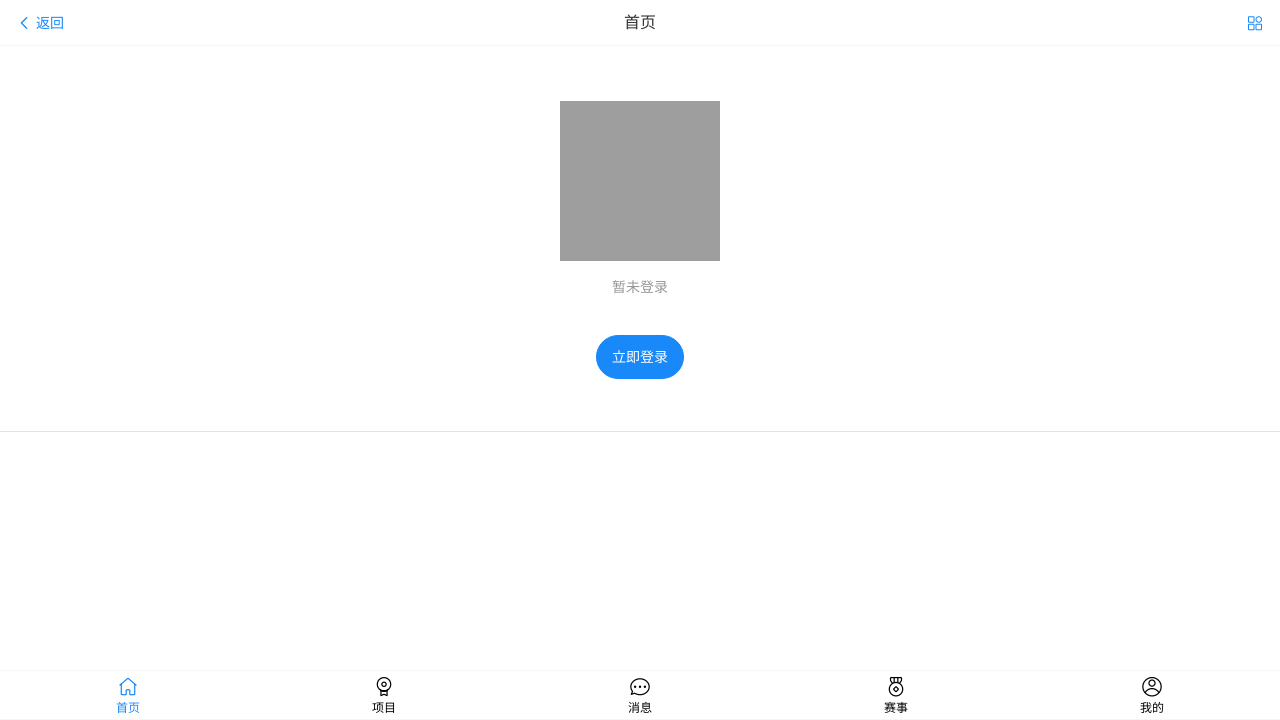
Repository: fisher002/sports
Page: /#/listmine
An editor plug-in stored every save of this project. The page is shown before and after the next save, followed by the edit.
The browser window is 1280 px wide. The pictures show the whole page.
Pictures or frames that could not be fetched are drawn as grey boxes. The project was rebuilt for these pictures with package versions that can differ from the ones it lists, and the page was loaded fresh each time. Also part of the build but not shown: src/views/mobile-index/index.vue, src/views/mobile-index/userRegister.vue, src/views/mobile-index/adminRegister.vue, src/views/mobile-index/login.vue, src/views/mobile-mine/detailmine.vue.

Above is the page before, as saved 2020-04-22 16:43:13.

After the next save:
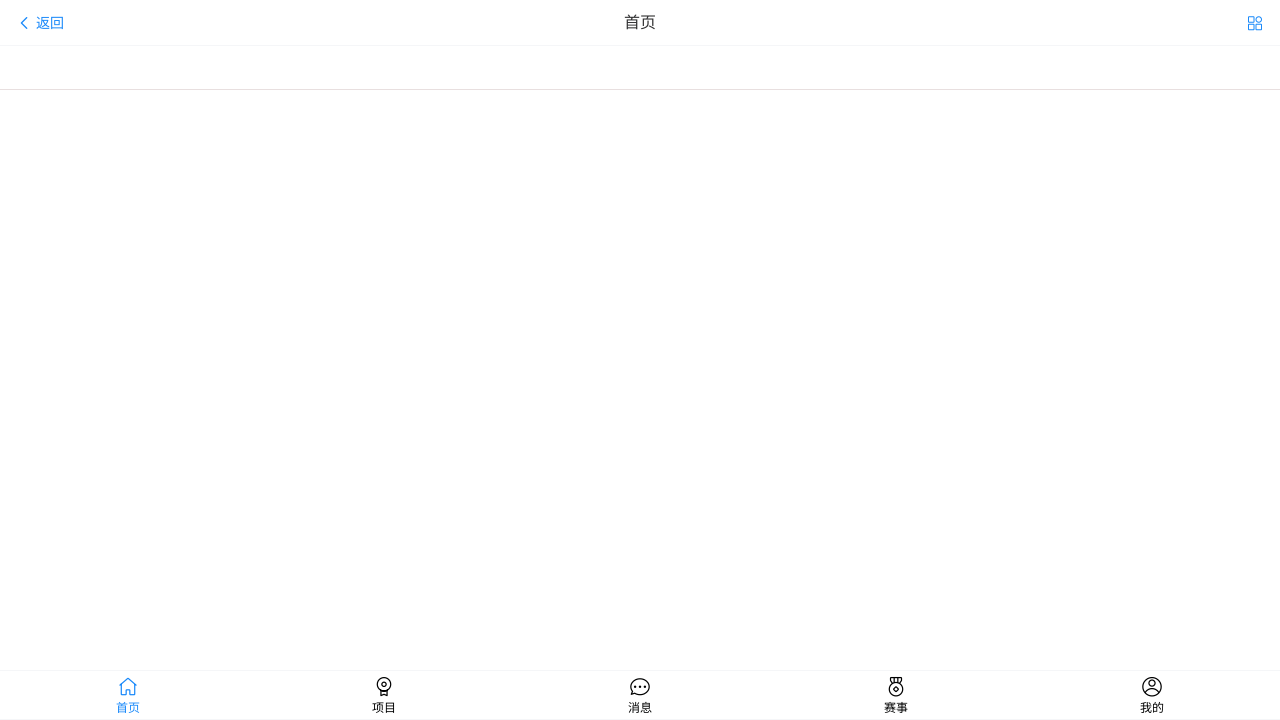
Saved 104 s later.
--- a/src/views/mobile-mine/listmine.vue
+++ b/src/views/mobile-mine/listmine.vue
@@ -45,9 +45,9 @@
         </div>
       </div>
       <div v-if="isLogin == false">
-        <van-empty image="error" description="暂未登录">
+        <!-- <van-empty image="error" description="暂未登录">
           <van-button round block type="info" native-type="button" @click="toLogin">立即登录</van-button>
-        </van-empty>
+        </van-empty> -->
       </div>
     </div>
     <van-divider :style="{ color: '#d0bebe', borderColor: '#d0bebe', margin: '0' }" />

After the save that followed:
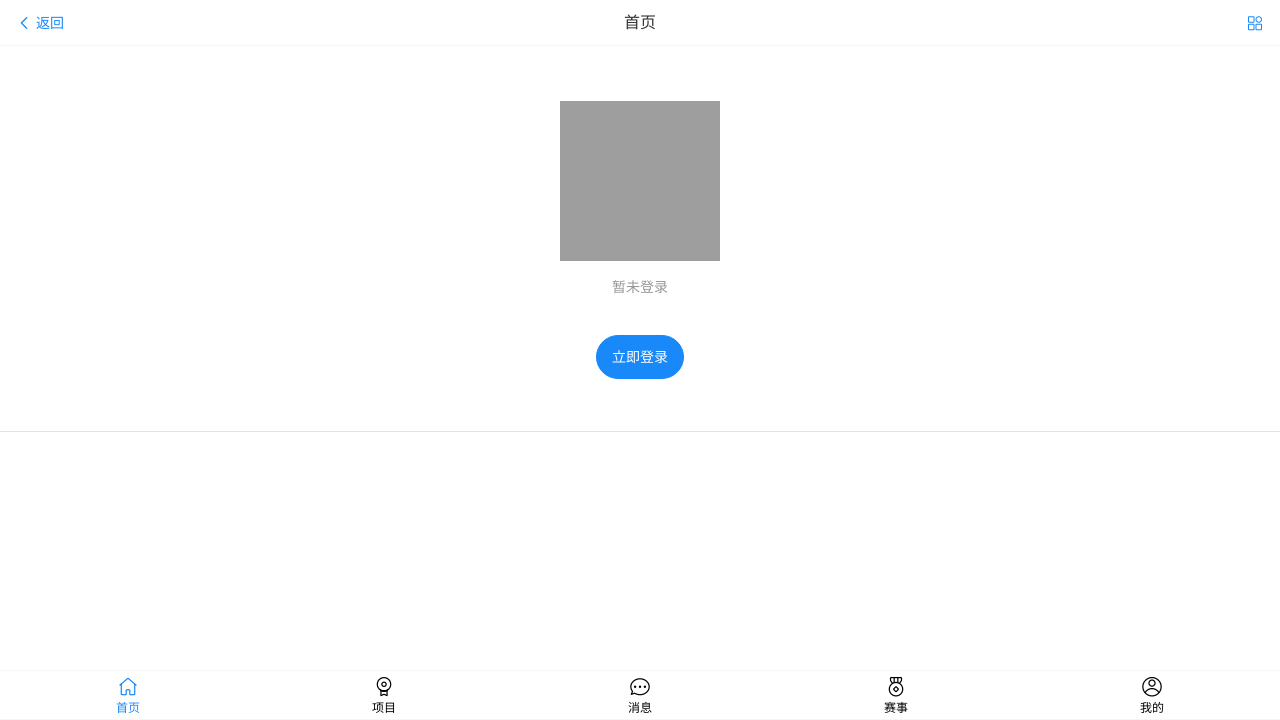
Saved 11 s later.
--- a/src/views/mobile-mine/listmine.vue
+++ b/src/views/mobile-mine/listmine.vue
@@ -45,9 +45,9 @@
         </div>
       </div>
       <div v-if="isLogin == false">
-        <!-- <van-empty image="error" description="暂未登录">
+        <van-empty image="error" description="暂未登录">
           <van-button round block type="info" native-type="button" @click="toLogin">立即登录</van-button>
-        </van-empty> -->
+        </van-empty>
       </div>
     </div>
     <van-divider :style="{ color: '#d0bebe', borderColor: '#d0bebe', margin: '0' }" />
